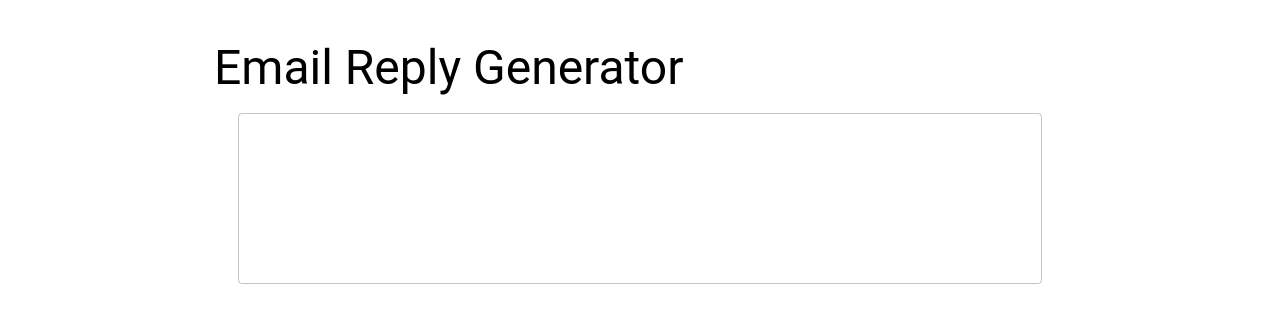
Repository: AbhirupB/EmailAI
Page: / (app in email-writer-react/)
These files come from the project's save history. The page is drawn as it stood at one moment and after the next save; the edit follows.
The browser window is 1280 px wide. The pictures show the whole page.
The project was rebuilt for these pictures with package versions that can differ from the ones it lists, and the page was loaded fresh each time. Also part of the build but not shown: email-writer-react/vite.config.js, email-writer-react/src/index.css, email-writer-react/src/App.css.

Above is the page before, as saved 2025-07-17 13:14:02.

After the next save:
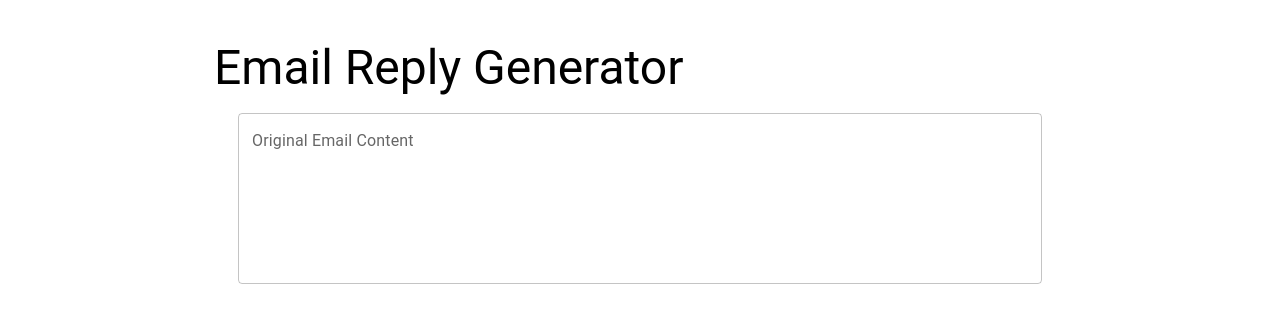
Saved 7 s later.
--- a/email-writer-react/src/App.jsx
+++ b/email-writer-react/src/App.jsx
@@ -21,7 +21,7 @@ function App() {
           multiline
           rows={6}
           variant='outlined'
-          label></TextField>
+          label="Original Email Content"></TextField>
         </Box>
       </Container>
     </>
